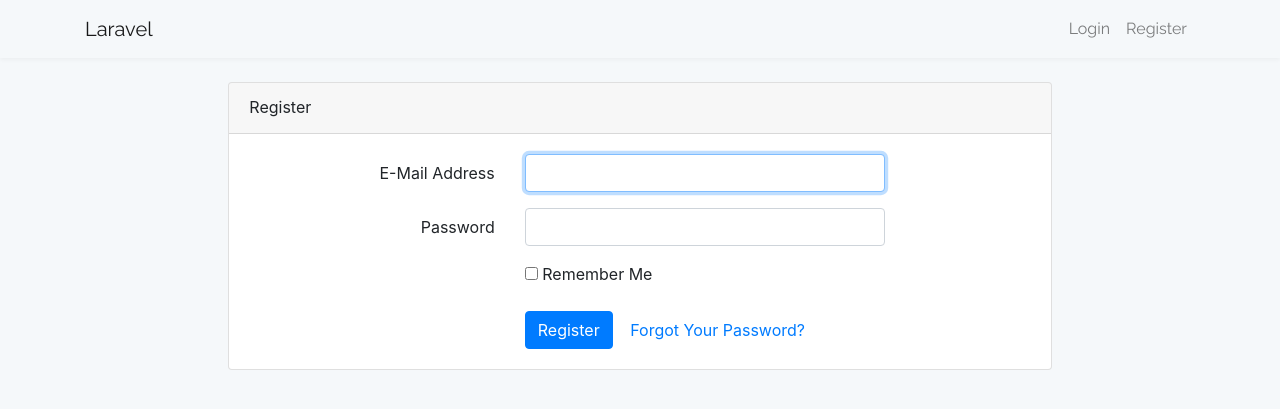
Repository: lxcxcxlxmb/moduleProject
Page: front/login.html
An editor plug-in stored every save of this project. The page is shown before and after the next save, followed by the edit.
The browser window is 1280 px wide. The pictures show the whole page.

Above is the page before, as saved 2022-09-06 14:02:07.

After the next save:
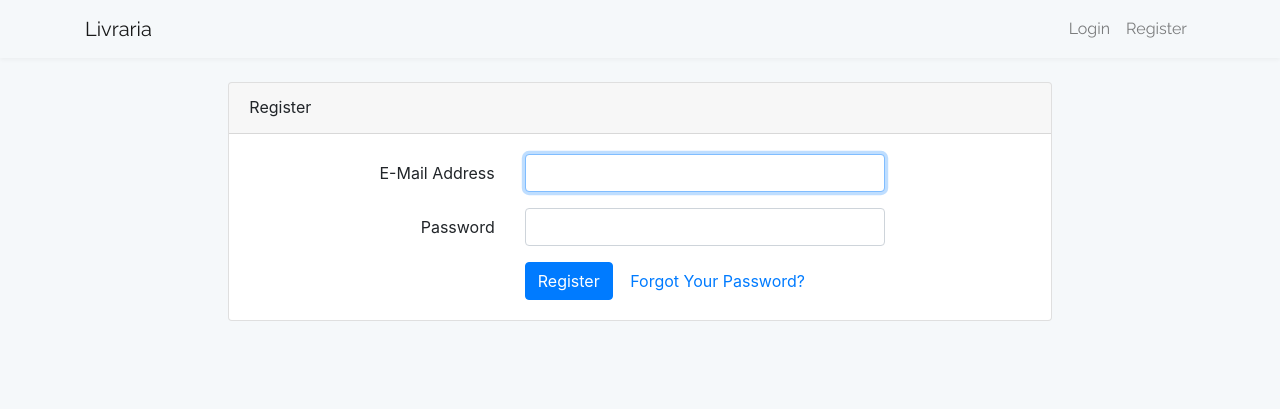
Saved 2 min 21 s later.
--- a/front/login.html
+++ b/front/login.html
@@ -70,7 +70,7 @@
 
     <nav class="navbar navbar-expand-lg navbar-light navbar-laravel">
         <div class="container">
-            <a class="navbar-brand" href="#">Laravel</a>
+            <a class="navbar-brand" href="#">Livraria</a>
             <button class="navbar-toggler" type="button" data-toggle="collapse" data-target="#navbarSupportedContent"
                 aria-controls="navbarSupportedContent" aria-expanded="false" aria-label="Toggle navigation">
                 <span class="navbar-toggler-icon"></span>
@@ -115,15 +115,6 @@
                                     </div>
                                 </div>
 
-                                <div class="form-group row">
-                                    <div class="col-md-6 offset-md-4">
-                                        <div class="checkbox">
-                                            <label>
-                                                <input type="checkbox" name="remember"> Remember Me
-                                            </label>
-                                        </div>
-                                    </div>
-                                </div>
 
                                 <div class="col-md-6 offset-md-4">
                                     <button type="submit" class="btn btn-primary">
